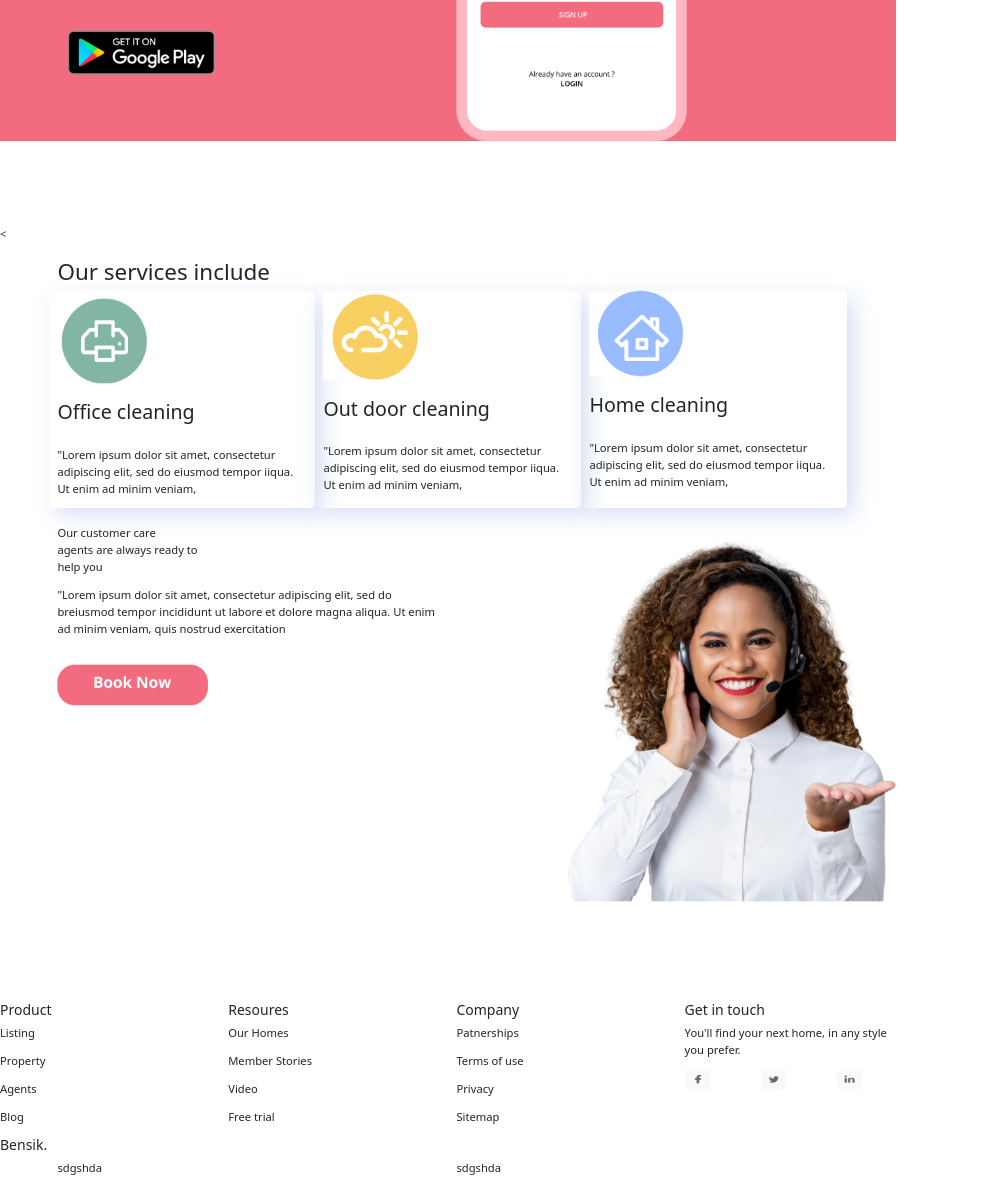
Repository: uy022/QuocUybaitapgiuaki
Page: index.html
The author's editor kept a copy of each file at every save. The page is drawn from the files as they stood at one save, then again after the next save.
The browser window is 1280 px wide. The page is 1423 px wide, so the pictures cover 1423 px, including what lies to the right of the window. The pictures show the part of the page from y = 1411 to 3131 px (the page is 3107 px tall before and 3131 px after), at 70% of full size.

Above is the page before, as saved 2022-09-06 09:34:23.

### index.html
<!DOCTYPE html>
<html>
    <head>
        <title> Bài tập giữa kỳ </title>
        <link href="node_modules/bootstrap/dist/css/bootstrap.min.css" rel="stylesheet" />
       <link rel="stylesheet" href="./css/style1.css">
    </head>
    <body>


        <div class="container">
            <nav class="navbar navbar-expand-lg menu">
                <div class="container-fluid">
                  <div class="col-md-7 logo">
                    <img src="./imgs/Clean Cruiz LOGO 1.png" alt="">
                  </div>
                  <button class="navbar-toggler" type="button" data-bs-toggle="collapse" data-bs-target="#navbarSupportedContent" aria-controls="navbarSupportedContent" aria-expanded="false" aria-label="Toggle navigation">
                    <span class="navbar-toggler-icon"></span>
                  </button>
                  <div class="collapse navbar-collapse" id="navbarSupportedContent">
                    <ul class="navbar-nav me-auto  mb-2 mb-lg-0">
                      <li class="nav-item">
                        <a class="nav-link active" aria-current="page" href="#">Menu</a>
                      </li>
                      <li class="nav-item">
                        <a class="nav-link" href="#">About Us</a>
                      </li>
                      <li class="nav-item">
                        <a class="nav-link" href="#">Sevrices</a>
                      </li>
                      <li class="nav-item">
                        <a class="nav-link disabled">Contact</a>
                      </li>
                    </ul>
                    <form class="d-flex col-5" >
                      <button class="btn btn-outline-success" type="submit">Login</button>
                    </form>
                  </div>
                </div>
              </nav>
        </div><br><br><br>


        <div class="content">
          <div class=" container">
            <div class="row d-flex justify-content-between align-items-start">
              <div class="col-4">
                <div class="item py-5">
                        <div >
                          <h1>Let us handle your next cleaning</h1>
                        </div>
                          <p class="my-5">
                            "Lorem ipsum dolor sit amet, consectetur adipiscing elit, sed do breiusmod tempor incididunt ut labore et dolore magna aliqua. Ut enim ad minim veniam, quis nostrud exercitation
                          </p>
                        <button type="submit" class="btn__booknow rounded-5 text-light px-5 py-3 border-0 ">Book Now</button>
                      </div>
                    </div>

                 <div class = "col-6">
                    <div class="anh" >
                        <img src="./imgs/Illustration 1 1.png" >
                    </div>
                 </div>
          </div>

        </div>
        <br><br><br><br>

        <div class="client dropup-center">
          <ul class ="d-flex justify-content-between align-items-center">
              <li><img src ="./imgs/1.png" alt=""></li>
              <li><img src ="./imgs/2.png" alt=""></li>
              <li><img src ="./imgs/3.png" alt=""></li>
              <li><img src ="./imgs/4.png" alt=""></li>
              <li><img src ="./imgs/5.png" alt=""></li>
              <li><img src ="./imgs/6.png" alt=""></li>
        </ul>
        </div>
        <br><br><br><br>

        <div class="content acc">
          <div class="container">
            <div class="row d-flex justify-content-between align-items-start conte">
              <div class="col-4">
                <div class="item py-5">
                        <div > <br><br><br>
                          <h1>Download the Clean Cruiz App on playstore and get 10% discount!</h1>
                        </div>
                          <p class="my-5">
                            "Lorem ipsum dolor sit amet, consectetur adipiscing elit, sed do eiusmod tempor incididunt ut labore et dolore magna aliqua. Ut enim ad minim veniam,
                          </p>
                          <img src="./imgs/Google play 1.png">
                      </div>
                    </div>

                 <div class = "col-6">
                    <div class="anh" >
                        <img src="./imgs/iPhone 11 Pro Max - 2 1.png" >
                    </div>
                 </div>
          </div>

        </div>

        </div>
      </div>
       <br><br><br><br><br><<br> <br>
        <div class="tieude">
          <div class= "container">
          <div class="title">
            <h2>Our services include</h2>
          </div>
          <div class= "row">
             <div class ="col-md-4 rounded-2 shadowContent anh1">
              <img src="./imgs/Slice 1.png" alt=""><br><br>
              <h3>Office cleaning</h3><br>
               <p>"Lorem ipsum dolor sit amet, consectetur adipiscing elit, sed do eiusmod tempor iiqua. Ut enim ad minim veniam,</p>
             </div>
             <div class ="col-md-4 rounded-2 shadowContent anh2">
              <img src="./imgs/Slice 2.png" alt=""><br><br>
              <h3>Out door cleaning</h3><br>
                <p>"Lorem ipsum dolor sit amet, consectetur adipiscing elit, sed do eiusmod tempor iiqua. Ut enim ad minim veniam,</p>
             </div>
             <div class ="col-md-4 rounded-2 shadowContent anh3">
              <img src="./imgs/Slice 3.png" alt=""><br><br>
              <h3>Home cleaning</h3><br>
                <p>"Lorem ipsum dolor sit amet, consectetur adipiscing elit, sed do eiusmod tempor iiqua. Ut enim ad minim veniam,</p>
             </div>
          </div>
       </div>
      </div>

       <div class="content">
        <div class=" container">

            <div class="row">
                <div class="col-md-6">
                  <div class="title"> <br>
                  <p>Our customer care <br> agents are always ready to <br> help you</p>
                </div>
                    <div class="item">

                        <p>
                          "Lorem ipsum dolor sit amet, consectetur adipiscing elit, sed do breiusmod tempor incididunt ut labore et dolore magna aliqua. Ut enim ad minim veniam, quis nostrud exercitation
                        </p>
                        <div class="md-5 col-md-6"><br>
                         <img src="./imgs/Book now.png" alt="">
                        </div>
                    </div>
                  </div>

               <div class = "col-md-6">
                  <div class="a" >
                      <img src="./imgs/Woman 1 1.png" >
                  </div>
               </div>
        </div>

      </div>
      <br><br><br><br><br><br>
      <div class="c">
      <div class="footer">
        <div class="row align-items-start">
          <div class="col">
            <h5>Product</h5>
            <p>Listing</p>
            <p>Property</p>
            <p>Agents</p>
            <div>Blog</div>
          </div>
          <div class="col">
            <h5>Resoures</h5>
            <p>Our Homes</p>
            <p>Member Stories</p>
            <p>Video</p>
            <p>Free trial</p>
          </div>
          <div class="col">
            <h5>Company </h5>
            <p>Patnerships</p>
            <p>Terms of use</p>
            <p>Privacy</p>
            <p>Sitemap</p>
          </div>
          <div class="col">
            <h5>Get in touch</h5>
            <p>You'll find your next home, in any style you prefer.</p>
            <div class="n row">
            <div class="col-4">
              <img src="./imgs/Facebook icon.png" alt="">
            </div >
            <div class="col-4">
              <img src="./imgs/twitter icon.png" alt="">
            </div>
            <div class="col-4">
              <img src="./imgs/lindedin icon.png" alt="">
            </div>
            </div>
          </div>
      </div>
      <div>
        <h5>Bensik.</h5>
      </div>
    </div>

    <div>
      <div class="container">
        <div class="row">
          <div class="col-md-6">
            <p>sdgshda</p>
          </div>
          <div class="col-md-6">
            <p>sdgshda</p>
          </div>
        </div>
      </div>
    </div>

    </body>
    <script src="/node_modules/bootstrap/dist/js/bootstrap.min.js"> </script>
</html>

### css/style1.css
.menu_top {
  background-color: black;
  height: 50px;
}

.menu_top ul li {
  display: inline-block;
}

header ul {
  float: right;
  margin: 0;
}

header ul li {
  list-style: none;
  display: inline-block;
  padding: 20px;
  font-weight: bold;
}

header ul li a {
  text-decoration: none;
  text-transform: uppercase;
  color: black;
}

.slider {
  background-color: green;
  padding: 100px 0;
  text-align: center;
}

.slider h1 {
  font-size: 55px;
  color: white;
  text-transform: uppercase;
}

.slider p {
  color: white;
  font-size: 18px;
}

.content1 {
  padding: 50px;
}

.content1 .title {
  text-align: center;
}

.content1 .title h2 {
  color: back;
  font-size: 50px;
  text-transform: uppercase;
}

.content1 .title h2 span {
  color: green;
}

.content1 .item {
  text-align: center;
}

.content1 .item img {
  width: 100px;
  height: auto;
}

.content1 .item h3 {
  text-transform: uppercase;
  font-size: 18px;
  margin: 15px 0;
}

.content2 {
  padding: 50px;
}

.content2 .title {
  text-align: center;
}

.content2 .title h2 {
  color: back;
  font-size: 50px;
  text-transform: uppercase;
}

.content2 .title h2 span {
  color: green;
}

.content2 .item {
  text-align: center;
}

.content2 .item img {
  width: 100px;
  height: auto;
}

.content2 .item h3 {
  text-transform: uppercase;
  font-size: 18px;
  margin: 15px 0;
}

.content2 .a {
  left: 20%;
  background-color: crimson;
} /*# sourceMappingURL=style1.css.map */
.btn__booknow {
  background-color: #F36B7F;
}

.acc {
  background-color: #F36B7F;
}

.shadowContent {
  box-shadow: 10px 10px 30px rgba(210, 218, 242, 0.87);
}/*# sourceMappingURL=style1_20220906093418.css.map */

Loaded but not shown: node_modules/bootstrap/dist/css/bootstrap.min.css (library); node_modules/bootstrap/dist/js/bootstrap.min.js (library)

After the next save:
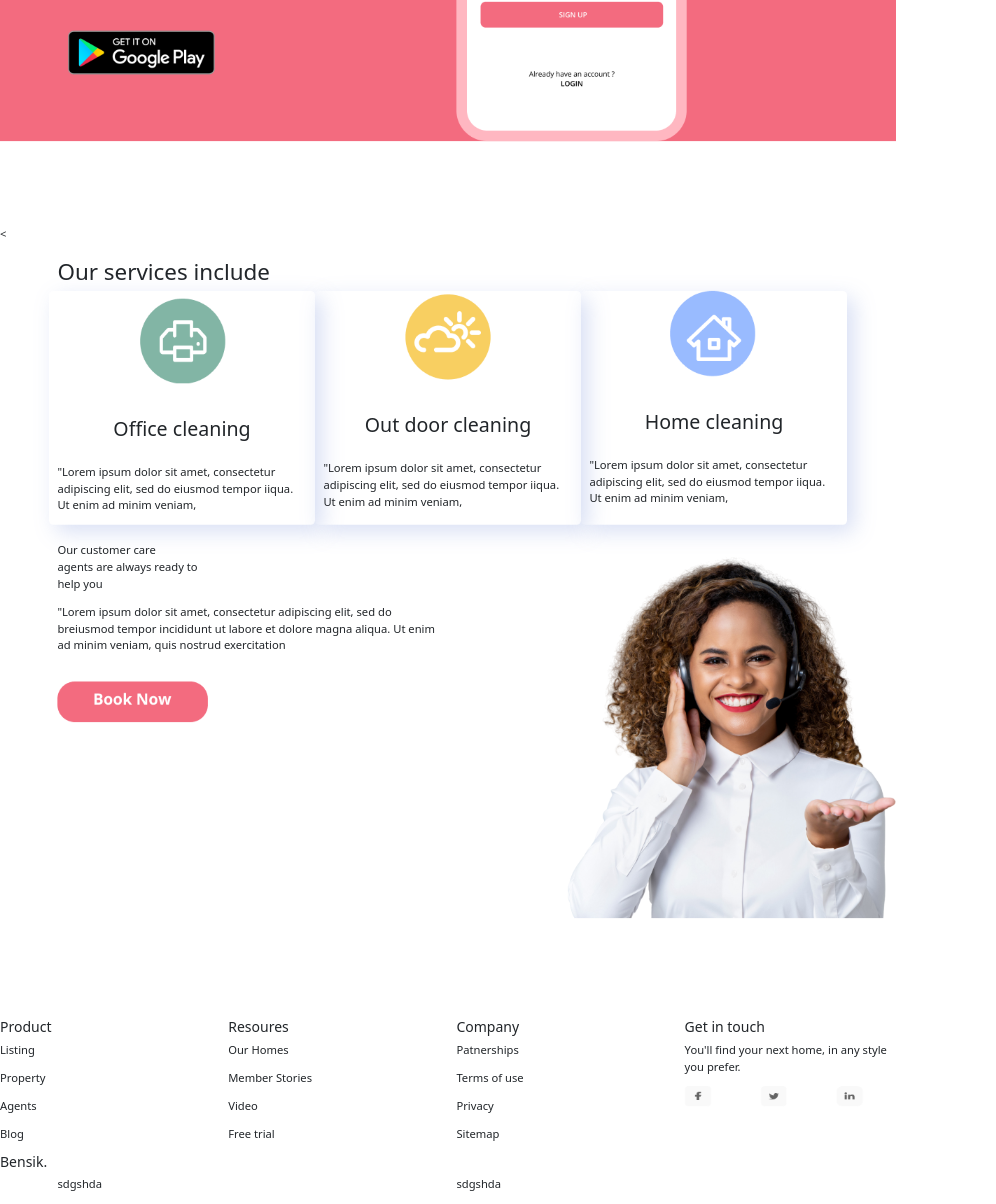
Saved 56 s later.
--- a/index.html
+++ b/index.html
@@ -112,18 +112,18 @@
           </div>
           <div class= "row">
              <div class ="col-md-4 rounded-2 shadowContent anh1">
-              <img src="./imgs/Slice 1.png" alt=""><br><br>
-              <h3>Office cleaning</h3><br>
+              <img src="./imgs/Slice 1.png" alt="" class="d-block mx-auto"><br><br>
+              <h3 class="text-center">Office cleaning</h3><br>
                <p>"Lorem ipsum dolor sit amet, consectetur adipiscing elit, sed do eiusmod tempor iiqua. Ut enim ad minim veniam,</p>
              </div>
              <div class ="col-md-4 rounded-2 shadowContent anh2">
-              <img src="./imgs/Slice 2.png" alt=""><br><br>
-              <h3>Out door cleaning</h3><br>
+              <img src="./imgs/Slice 2.png" alt="" class="d-block mx-auto"><br><br>
+              <h3 class="text-center">Out door cleaning</h3><br>
                 <p>"Lorem ipsum dolor sit amet, consectetur adipiscing elit, sed do eiusmod tempor iiqua. Ut enim ad minim veniam,</p>
              </div>
              <div class ="col-md-4 rounded-2 shadowContent anh3">
-              <img src="./imgs/Slice 3.png" alt=""><br><br>
-              <h3>Home cleaning</h3><br>
+              <img src="./imgs/Slice 3.png" alt="" class="d-block mx-auto"><br><br>
+              <h3 class="text-center">Home cleaning</h3><br>
                 <p>"Lorem ipsum dolor sit amet, consectetur adipiscing elit, sed do eiusmod tempor iiqua. Ut enim ad minim veniam,</p>
              </div>
           </div>
